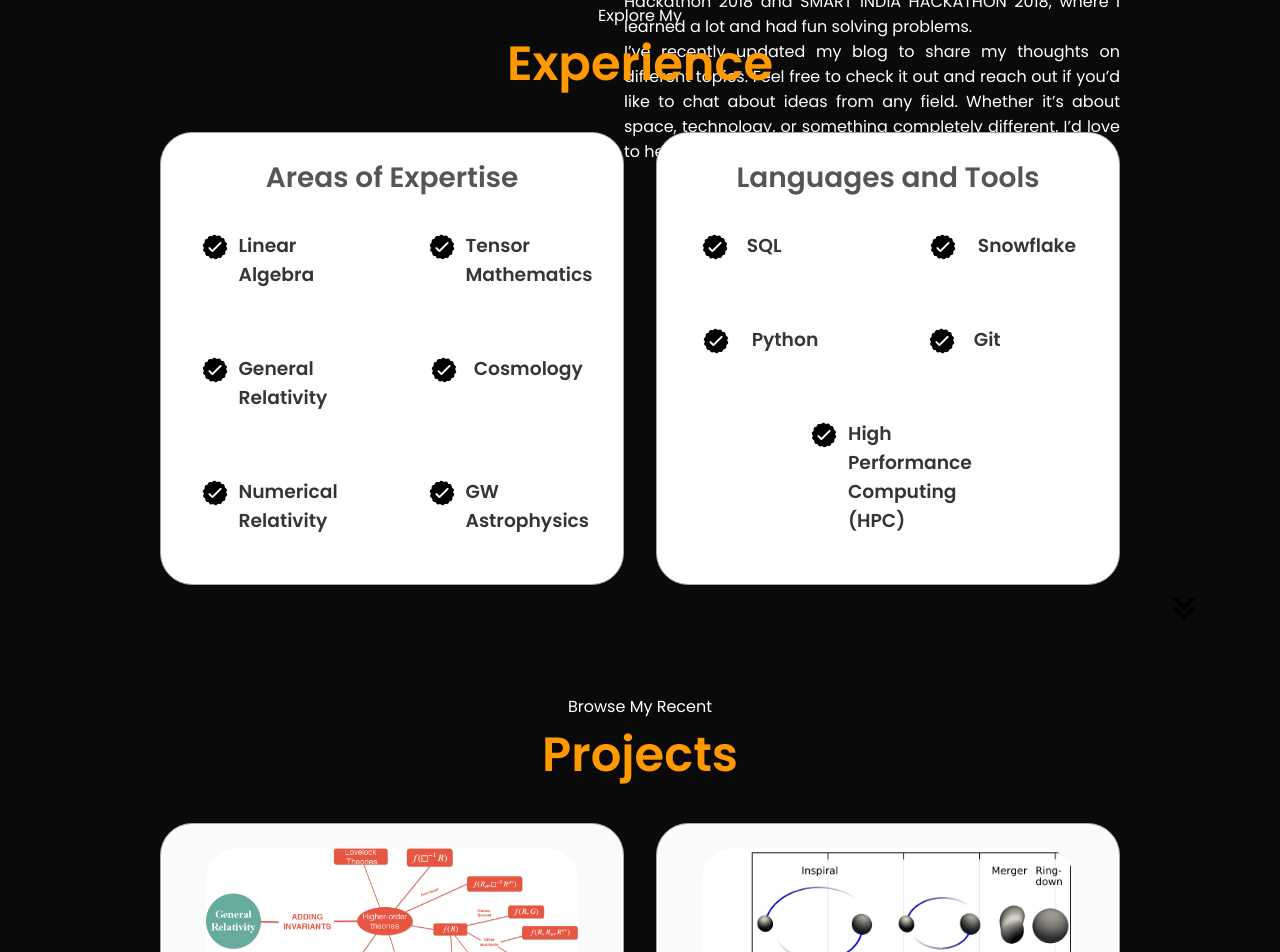
Repository: APersonalVoyage/APersonalVoyage.github.io
Page: index.html
An editor plug-in stored every save of this project. The page is shown before and after the next save, followed by the edit.
The browser window is 1280 px wide. The pictures show the part of the page from y = 1533 to 2485 px (the page is 4084 px tall).
A picture or video elsewhere on the page could not be fetched, so the positions and the page height are approximate.

Above is the page before, as saved 2024-11-16 23:32:26.

### index.html
<!DOCTYPE html>
<html lang="en">
  <head>
    <meta charset="UTF-8" />
    <meta http-equiv="X-UA-Compatible" content="IE=edge" />
    <meta name="viewport" content="width=device-width, initial-scale=1.0" />
    <title>My Portfolio</title>
    <link rel="stylesheet" href="style.css" />
    <link rel="stylesheet" href="mediaqueries.css" />

  </head>
  <body>
    <nav id="desktop-nav">
      <div class="logo">Abhishek Karkola</div>
      <div>
        <ul class="nav-links">
          <li><a href="#about">About</a></li>
          <li><a href="#experience">Experience</a></li>
          <li><a href="blog.html">Blog</a></li>
          <li><a href="#projects">Projects</a></li>
          <li><a href="#contact">Contact</a></li>
        </ul>
      </div>
    </nav>
    <nav id="hamburger-nav">
      <div class="logo">Abhishek Karkola</div>
      <div class="hamburger-menu">
        <div class="hamburger-icon" onclick="toggleMenu()">
          <span></span>
          <span></span>
          <span></span>
        </div>
        <div class="menu-links">
          <li><a href="#about" onclick="toggleMenu()">About</a></li>
          <li><a href="#experience" onclick="toggleMenu()">Experience</a></li>
          <li><a href="#projects" onclick="toggleMenu()">Projects</a></li>
          <li><a href="#contact" onclick="toggleMenu()">Contact</a></li>
        </div>
      </div>
    </nav>
    <section id = "profile" style = "text-align: center;" >
        <div class="section__pic-container">
            <img src="./assets/My_profile-fotor-20230824122059.png" alt="profile" class="section__pic">
        </div>
        <div class= "section_text" style = "margin-top: 200px;" >
            <p class="section__text__p1">Hello, I'm</p>
        <h1 class="title">Abhishek Karkola</h1>
        <p class="section__text__p2">Gravitational Wave Astrophysicist</p>
        <div class="btn-container">
            <button
              class="btn btn-color-2"
              onclick="window.open('./assets/Abhishek_Academic_CV.pdf')"
            >
              Download CV
            </button>
            <button class="btn btn-color-1" onclick="location.href='./#contact'">
              Contact Info
            </button>
          </div>
          <div id="socials-container">
            <img
            src="./assets/linkedin.png"
            alt="My LinkedIn profile"
            class="icon"
            onclick="location.href='https://linkedin.com/'"
          />
          <img
            src="./assets/github.png"
            alt="My Github profile"
            class="icon"
            onclick="location.href='https://github.com/APersonalVoyage'"
          />
          <img
            src="./assets/instagram.png"
            alt="My instagram profile"
            class="icon"
            onclick="location.href='https://www.instagram.com/apersonalvoyage/'"
          />
          <img
            src="./assets/twitter.png"
            alt="My twitter profile"
            class="icon"
            onclick="location.href='https://twitter.com/APersonalVoyage'"
          />
        </div>
      </div>
          </div>

        </div>
    </section>
    <section id="about">
        <p class="section__text__p1">Get To Know More</p>
        <h1 class="title">About Me</h1>
        <div class="section-container">
          <div class="section__pic-container" style="margin-top: 50px">
            <img
              src="./assets/Profile_Pic2.JPG"
              alt="Profile picture"
              class="about-pic"
            />
          </div>

            <div class="text-container"  style="margin-top: 30px; text-align: justify;" >
              <p>Hi, I’m Abhishek, a Data Automation Engineer at Legal and General. I enjoy solving problems, automating processes, and exploring new ideas across different fields.</p>

              <p>Here’s a bit about me: I have an MSc in Gravitational Physics from Cardiff University, earned through a merit-based scholarship, and a Bachelor's degree in Electronics and Communication. My academic background helped me develop strong problem-solving skills and a deep curiosity for understanding complex systems.</p>

              <p>I’ve had the chance to work on some fascinating projects. With Dr. Ian Harrison, I explored Gravitational Wave Constraints on Modified Gravity. I also learned about Parameter Estimation of Gravitational-wave Sources with Dr. Vivian Raymond, where we used tools to analyze data and uncover the secrets of the universe.</p>

              <p>Outside of research, I’ve worked as a Teaching Assistant, helping others learn Computational Physics with Python. My time at ISRO gave me hands-on experience with algorithms and real-world projects.</p>

              <p>I’m skilled in Python, SQL, and Linux, and I’ve worked with tools like TensorFlow, Scikit-learn, GWPY, and Astropy. I’ve also participated in hackathons like the INDIA-SINGAPORE Hackathon 2018 and SMART INDIA HACKATHON 2018, where I learned a lot and had fun solving problems.</p>

              <p>I’ve recently updated my blog to share my thoughts on different topics. Feel free to check it out and reach out if you’d like to chat about ideas from any field. Whether it’s about space, technology, or something completely different, I’d love to hear from you!</p>

            </div>
          </div>
        </div>
        <img
          src="./assets/arrow.png"
          alt="Arrow icon"
          class="icon arrow"
          onclick="location.href='./#experience'"
        />
    </section>
</section>
<section id="experience">
  <p class="section__text__p1">Explore My</p>
  <h1 class="title">Experience</h1>
  <div class="experience-details-container">
    <div class="about-containers">
      <div class="details-container">
        <h2 class="experience-sub-title">Areas of Expertise</h2>
        <div class="article-container">
          <article>
            <img
              src="./assets/checkmark.png"
              alt="Experience icon"
              class="icon"
            />
            <div>
              <h3>Linear Algebra</h3>
              <p>Experienced</p>
            </div>
          </article>
          <article>
            <img
              src="./assets/checkmark.png"
              alt="Experience icon"
              class="icon"
            />
            <div>
              <h3>Tensor Mathematics</h3>
              <p>Experienced</p>
            </div>
          </article>
          <article>
            <img
              src="./assets/checkmark.png"
              alt="Experience icon"
              class="icon"
            />
            <div>
              <h3>General Relativity</h3>
              <p>Intermediate</p>
            </div>
          </article>
          <article>
            <img
              src="./assets/checkmark.png"
              alt="Experience icon"
              class="icon"
            />
            <div>
              <h3>Cosmology</h3>
              <p>Intermediate</p>
            </div>
          </article>
          <article>
            <img
              src="./assets/checkmark.png"
              alt="Experience icon"
              class="icon"
            />
            <div>
              <h3>Numerical Relativity</h3>
              <p>Basic</p>
            </div>
          </article>
          <article>
            <img
              src="./assets/checkmark.png"
              alt="Experience icon"
              class="icon"
            />
            <div>
              <h3>GW Astrophysics</h3>
              <p>Intermediate</p>
            </div>
          </article>
        </div>
      </div>
      <div class="details-container">
        <h2 class="experience-sub-title">Languages and Tools</h2>
        <div class="article-container">
          <article>
            <img
              src="./assets/checkmark.png"
              alt="Experience icon"
              class="icon"
            />
            <div>
              <h3>SQL</h3>
              <p>Intermediate</p>
            </div>
          </article>
          <article>
            <img
              src="./assets/checkmark.png"
              alt="Experience icon"
              class="icon"
            />
            <div>
              <h3>Snowflake</h3>
              <p>Experienced</p>
            </div>
          </article>
          <article>
            <img
              src="./assets/checkmark.png"
              alt="Experience icon"
              class="icon"
            />
            <div>
              <h3>Python</h3>
              <p>Experienced</p>
            </div>
          </article>
          <article>
            <img
              src="./assets/checkmark.png"
              alt="Experience icon"
              class="icon"
            />
            <div>
              <h3>Git</h3>
              <p>Intermediate</p>
            </div>
          </article>
          <article>
            <img
              src="./assets/checkmark.png"
              alt="Experience icon"
              class="icon"
            />
            <div>
              <h3> High Performance Computing (HPC)</h3>
              <p>Intermediate</p>
            </div>
          </article>
        </div>
      </div>
    </div>
  </div>
  <img
    src="./assets/arrow.png"
    alt="Arrow icon"
    class="icon arrow"
    onclick="location.href='./#projects'"
  />
</section>
<section id="projects">
    <p class="section__text__p1">Browse My Recent</p>
    <h1 class="title">Projects</h1>
    <div class="experience-details-container">
      <div class="about-containers">
        <div class="details-container color-container">
          <div class="article-container">
            <img
              src="./assets/10-Figure2-1.png"
              alt="Project 1"
              class="project-img"
            />
          </div>
          <h2 class="experience-sub-title project-title">Updating Gravitational Wave Constraints on Modified Gravity</h2>
          <div class="btn-container">
            <button
              class="btn btn-color-2 project-btn"
              onclick="location.href='https://github.com/APersonalVoyage/MSc_Thesis'"
            >
              Github
            </button>
            <button
              class="btn btn-color-2 project-btn"
              onclick="location.href='https://github.com/APersonalVoyage/MSc_Thesis/blob/main/Abhishek_Msc_Dissertation%20.pdf'"
            >
              Thesis
            </button>
          </div>
        </div>
        <div class="details-container color-container">
          <div class="article-container">
            <img
              src="./assets/GW150914_IMR.png"
              alt="Project 2"
              class="project-img"
            />
          </div>
          <h2 class="experience-sub-title project-title">Parameter Estimation of Gravitational-wave Source</h2>
          <div class="btn-container">
            <button
              class="btn btn-color-2 project-btn"
              onclick="location.href='https://github.com/APersonalVoyage/GW-data-analysis'"
            >
              Github
            </button>
            <button
              class="btn btn-color-2 project-btn"
              onclick="location.href='https://github.com/gw-odw/odw-2021'"
            >
              Source Code
            </button>
          </div>
        </div>
         <div class="details-container color-container">
          <div class="article-container">
            <img
              src="./assets/PE.jpg"
              alt="Project 3"
              class="project-img"
            />
          </div>
          <h2 class="experience-sub-title project-title">GW Data Analysis</h2>
          <div class="btn-container">
            <button
              class="btn btn-color-2 project-btn"
              onclick="location.href='https://github.com/APersonalVoyage/Data-Analysis-2022'"
            >
              Github
            </button>
            <button
              class="btn btn-color-2 project-btn"
              onclick="location.href='https://github.com/APersonalVoyage/Data-Analysis-2022'"
            >
              Source Code
            </button>
          </div>

        </div>
        <div class="details-container color-container">
            <div class="article-container">
              <img
                src="./assets/Screenshot 2023-08-24 at 6.26.45 PM.png"
                alt="Project 2"
                class="project-img"
              />
            </div>
            <h2 class="experience-sub-title project-title">Website using html, css and JS</h2>
            <div class="btn-container">
              <button
                class="btn btn-color-2 project-btn"
                onclick="location.href='https://github.com/APersonalVoyage/APersonalVoyage.github.io'"
              >
                Github
              </button>
              <button
                class="btn btn-color-2 project-btn"
                onclick="location.href='https://apersonalvoyage.github.io/'"
              >
                View
              </button>
            </div>
          </div>

      </div>
    </div>
    <img
      src="./assets/arrow.png"
      alt="Arrow icon"
      class="icon arrow"
      onclick="location.href='./#projects'"
    />
  </section>
  <section id="contact">
    <p class="section__text__p1">Get in Touch</p>
    <h1 class="title">Contact Me</h1>
    <div class="contact-info-upper-container">
      <div class="contact-info-container">
        <img
          src="./assets/email.png"
          alt="Email icon"
          class="icon contact-icon email-icon"
        />
        <p><a href="mailto:examplemail@gmail.com">abhishek@alphago.in</a></p>
      </div>
    </div>
  </section>
  <footer>
    <nav>
      <div class="nav-links-container">
        <ul class="nav-links">
          <li><a href="#about">About</a></li>
          <li><a href="#experience">Experience</a></li>
          <li><a href="#Blog">Blog</a></li>
          <li><a href="#projects">Projects</a></li>
          <li><a href="#contact">Contact</a></li>
        </ul>
      </div>
    </nav>

  </footer>
  <script src="script.js"></script>
</body>
</html>

### style.css
/* GENERAL */

@import url("https://fonts.googleapis.com/css2?family=Poppins:wght@300;400;500;600&display=swap");

* {
  margin: 0;
  padding: 0;

}

body {
  font-family: "Poppins", sans-serif;
  background-color: #0a0a0a;
  color: white;

}

html {
  scroll-behavior: smooth;

}

p {
  color: #ffffff;
  color: rgb(53, 53, 53);
}

p{
  color: #ffffff;
}

/* TRANSITION */

a,
.btn {
  transition: all 300ms ease;
}

/* DESKTOP NAV */

nav,
.nav-links {
  display: flex;
}

nav {
  justify-content: space-around;
  align-items: center;
  height: 17vh;
}

.nav-links {
  gap: 2rem;
  list-style: none;
  font-size: 1.5rem;
}

a {
  color: #ffffff;
  text-decoration: none;
  text-decoration-color: white;
}

a:hover {
  color: #ffffff;
  text-decoration: underline;
  text-underline-offset: 1rem;
  text-decoration-color: #ffffff;

}

.logo {
  font-size: 2rem;
}

.logo:hover {
  cursor: default;
}

/* HAMBURGER MENU */

#hamburger-nav {
  display: none;
}

.hamburger-menu {
  position: relative;
  display: inline-block;
}

.hamburger-icon {
  display: flex;
  flex-direction: column;
  justify-content: space-between;
  height: 24px;
  width: 30px;
  cursor: pointer;
}

.hamburger-icon span {
  width: 100%;
  height: 2px;
  background-color: #ffffff;
  transition: all 0.3 ease-in-out;
}

.menu-links {
  position: absolute;
  top: 100%;
  right: 0;
  background-color: white;
  width: fit-content;
  max-height: 0;
  overflow: hidden;
  transition: all 0.3 ease-in-out;
}

.menu-links a {
  display: block;
  padding: 10px;
  text-align: center;
  font-size: 1.5rem;
  color:#ff9900;
  text-decoration: none;
  transition: all 0.3 ease-in-out;
}

.menu-links li {
  list-style: none;
}

.menu-links.open {
  max-height: 300px;
}

.hamburger-icon.open span:first-child {
  transform: rotate(45deg) translate(10px, 5px);
}

.hamburger-icon.open span:nth-child(2) {
  opacity: 0;
}

.hamburger-icon.open span:last-child {
  transform: rotate(-45deg) translate(10px, -5px);
}

.hamburger-icon span:first-child {
  transform: none;
}

.hamburger-icon span:first-child {
  opacity: 1;
}

.hamburger-icon span:first-child {
  transform: none;
}

/* SECTIONS */

section {
  padding-top: 4vh;
  height: 96vh;
  margin: 0 10rem;
  box-sizing: border-box;
  min-height: fit-content;
}

.section-container {
  display: flex;
}

/* PROFILE SECTION */

#profile {
  display: flex;
  justify-content: center;
  gap: 5rem;
  height: 80vh;
}

.section__pic-container {
  display: flex;
  height: 400px;
  width: 400px;
  margin: auto 0;
}

.section__text {
  align-self: center;
  text-align: center;
    color: #ffffff;
}

.section__text p {
  font-weight: 600;
    color: #ffffff;
}

.section__text__p1 {
  text-align: center;
    color: #ffffff;
}

.section__text__p2 {
  font-size: 1.75rem;
  margin-bottom: 1rem;
    color: #ffffff;
}

.title {
  font-size: 3rem;
  text-align: center;
  color: #ff9900;
}

#socials-container {
  display: flex;
  justify-content: center;
  margin-top: 1rem;
  gap: 1rem;
  color: #ffffff;

}

/* ICONS */

.icon {
  cursor: pointer;
  height: 2rem;
  fill: #ffffff;
}
#socials-container .icon {
  fill: #ff9900; /* Accent color for social media icons */
}

/* BUTTONS */

.btn-container {
  display: flex;
  justify-content: center;
  gap: 1rem;
}

.btn {
  font-weight: 600;
  transition: all 300ms ease;
  padding: 1rem;
  width: 8rem;
  border-radius: 2rem;
  background-color: #ff9900;
  color: rgb(53, 53, 53);
}

.btn-color-1,
.btn-color-2 {
  border: rgb(53, 53, 53) 0.1rem solid;
}

.btn-color-1:hover,
.btn-color-2:hover {
  cursor: pointer;
}

.btn-color-1,
.btn-color-2:hover {
  background: rgb(53, 53, 53);
  color: white;
}

.btn-color-1:hover {
  background: rgb(0, 0, 0);
}

.btn-color-2 {
  background: #ffffff;;
}

.btn-color-2:hover {
  border: rgb(255, 255, 255) 0.1rem solid;
}

.btn-container {
  gap: 1rem;
}

/* ABOUT SECTION */

#about {
  position: relative;
}

.about-containers {
  gap: 2rem;
  margin-bottom: 2rem;
  margin-top: 2rem;

}

.about-details-container {
  justify-content: center;
  flex-direction: column;
  text-align: center;

}

.about-containers,
.about-details-container {
  display: flex;

}

.about-pic {
  border-radius: 2rem;
}

.arrow {
  position: absolute;
  right: -5rem;
  bottom: 2.5rem;
  font-size: 5rem;
  color: #ff9900;
  cursor: pointer;

}

.details-container {
  padding: 1.5rem;
  flex: 1;
  background: white;
  border-radius: 2rem;
  border: rgb(53, 53, 53) 0.1rem solid;
  border-color: rgb(163, 163, 163);
  text-align: center;
  color: rgb(53, 53, 53);
}

.section-container {
  gap: 4rem;
  height: 80%;
  color: black

}

.section__pic-container {
  height: 400px;
  width: 400px;
  margin: auto 0;
  color: rgb(53, 53, 53);
}

/* EXPERIENCE SECTION */

#experience {
  position: relative;
}

.experience-sub-title {
  color: rgb(85, 85, 85);
  font-weight: 600;
  font-size: 1.75rem;
  margin-bottom: 2rem;
}

.experience-details-container {
  display: flex;
  justify-content: center;
  flex-direction: column;
}

.article-container {
  display: flex;
  text-align: initial;
  flex-wrap: wrap;
  flex-direction: row;
  gap: 2.5rem;
  justify-content: space-around;
}

article {
  display: flex;
  width: 10rem;
  justify-content: space-around;
  gap: 0.5rem;
}

article .icon {
  cursor: default;
}

/* Footer Styling */
footer {
  background-color: #333;
  color: white;
  text-align: center;
  padding: 10px 0;
  margin-top: 40px;
}

/* PROJECTS SECTION */

#projects {
  position: relative;
}

.color-container {
  border-color: rgb(163, 163, 163);
  background: rgb(250, 250, 250);
}

.project-img {
  border-radius: 2rem;
  width: 90%;
  height: 90%;
}

.project-title {
  margin: 1rem;
  color: black;
}

.project-btn {
  color: black;
  border-color: rgb(163, 163, 163);
}

/* CONTACT */

#contact {
  display: flex;
  justify-content: center;
  flex-direction: column;
  height: 70vh;
}

.contact-info-upper-container {
  display: flex;
  justify-content: center;
  border-radius: 2rem;
  border: rgb(53, 53, 53) 0.1rem solid;
  border-color: rgb(163, 163, 163);
  background: (250, 250, 250);
  margin: 2rem auto;
  padding: 0.5rem;
}

.contact-info-container {
  display: flex;
  align-items: center;
  justify-content: center;
  gap: 0.5rem;
  margin: 1rem;
}

.contact-info-container p {
  font-size: larger;
}

.contact-icon {
  cursor: default;
}

.email-icon {
  height: 2.5rem;
}

/* FOOTER SECTION */

footer {
  height: 26vh;
  margin: 0 1rem;
}

footer p {
  text-align: center;
}

### mediaqueries.css
@media screen and (max-width: 1400px) {
  #profile {
    height: 83vh;
    margin-bottom: 6rem;
  }
  .about-containers {
    flex-wrap: wrap;
  }
}

@media screen and (max-width: 1200px) {
  #desktop-nav {
    display: none;
  }
  #hamburger-nav {
    display: flex;
  }
  #experience,
  .experience-details-container {
    margin-top: 2rem;
  }
  #profile,
  .section-container {
    display: block;
  }
  .arrow {
    display: none;
  }
  section,
  .section-container {
    height: fit-content;
  }
  section {
    margin: 0 5%;
  }
  .section__pic-container {
    width: 275px;
    height: 275px;
    margin: 0 auto 2rem;
  }
  .about-containers {
    margin-top: 0;
  }
}

@media screen and (max-width: 600px) {
  #contact,
  footer {
    height: 40vh;
  }
  #profile {
    height: 83vh;
    margin-bottom: 0;
  }
  article {
    font-size: 1rem;
  }
  footer nav {
    height: fit-content;
    margin-bottom: 2rem;
  }
  .about-containers,
  .contact-info-upper-container,
  .btn-container {
    flex-wrap: wrap;
  }
  .contact-info-container {
    margin: 0;
  }
  .contact-info-container p,
  .nav-links li a {
    font-size: 1rem;
  }
  .experience-sub-title {
    font-size: 1.25rem;
  }
  .logo {
    font-size: 1.5rem;
  }
  .nav-links {
    flex-direction: column;
    gap: 0.5rem;
    text-align: center;
  }
  .section__pic-container {
    width: auto;
    height: 46vw;
    justify-content: center;
  }
  .section__text__p2 {
    font-size: 1.25rem;
  }
  .title {
    font-size: 2rem;
  }
  .text-container {
    text-align: justify;
  }
}

### script.js
function toggleMenu() {
    const menu = document.querySelector(".menu-links");
    const icon = document.querySelector(".hamburger-icon");
    menu.classList.toggle("open");
    icon.classList.toggle("open");
  }

After the next save:
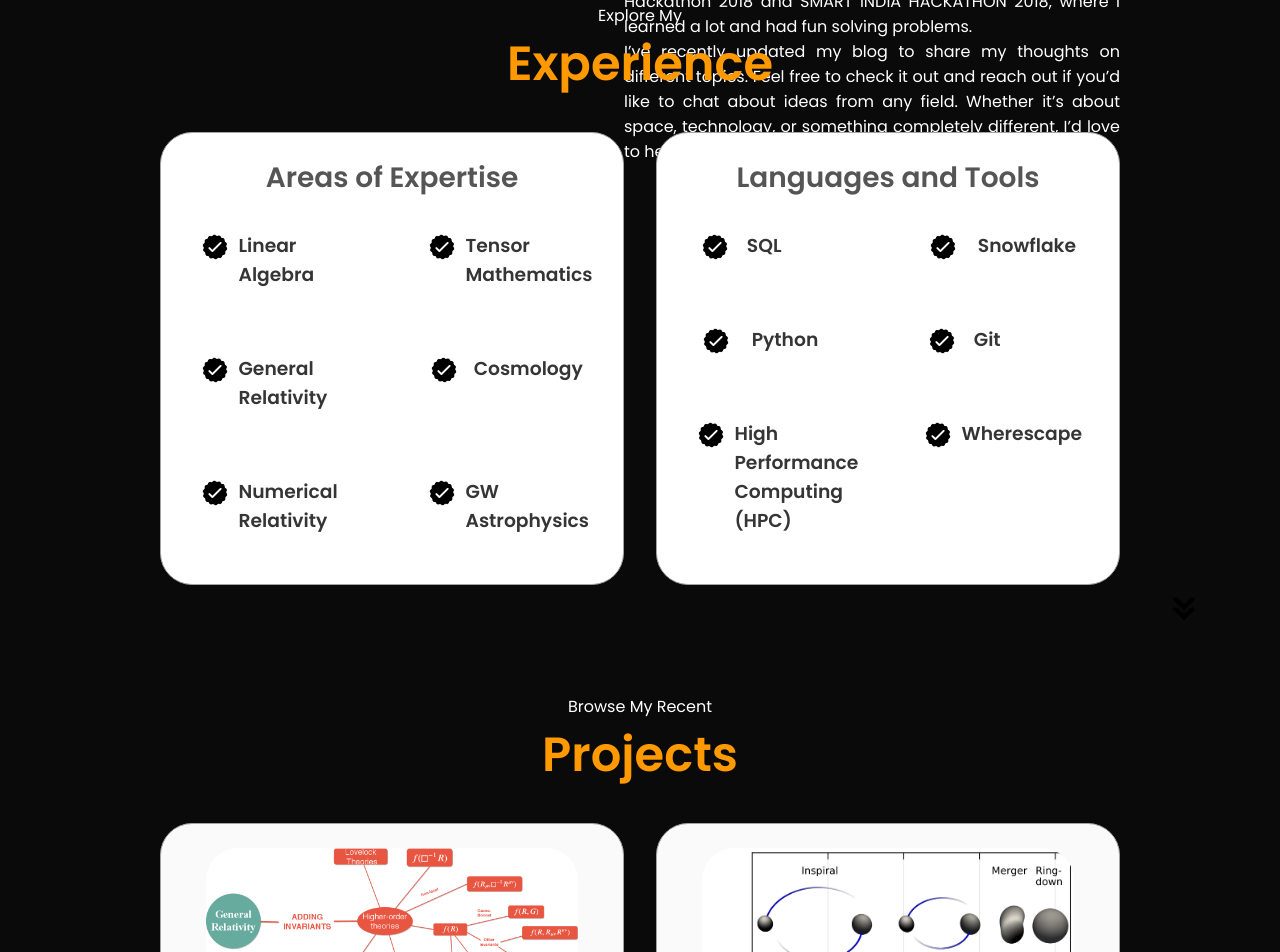
Saved 60 s later.
--- a/index.html
+++ b/index.html
@@ -246,6 +246,7 @@
               <h3>Git</h3>
               <p>Intermediate</p>
             </div>
+
           </article>
           <article>
             <img
@@ -256,6 +257,17 @@
             <div>
               <h3> High Performance Computing (HPC)</h3>
               <p>Intermediate</p>
+            </div>
+          </article>
+          <article>
+            <img
+              src="./assets/checkmark.png"
+              alt="Experience icon"
+              class="icon"
+            />
+            <div>
+              <h3>Wherescape</h3>
+              <p>Experienced</p>
             </div>
           </article>
         </div>
